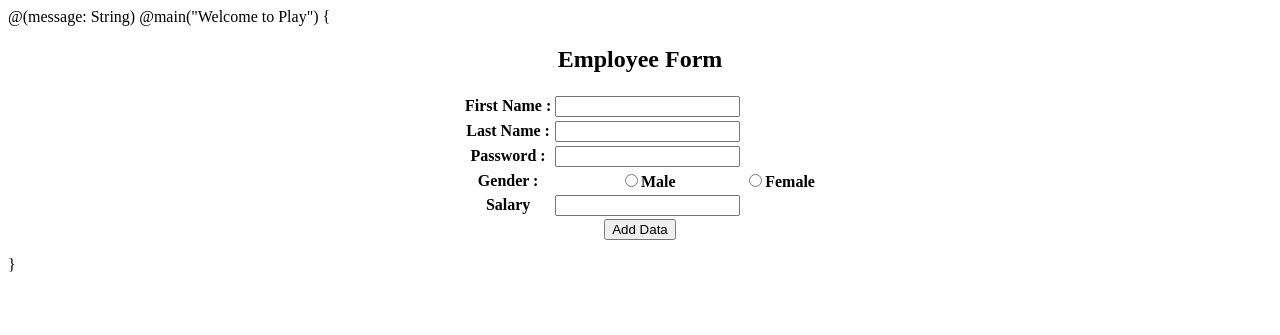
Repository: PoonamDeokar/SalesTool
Page: CrudDemo/app/views/index.scala.html
These files come from the project's save history. The page is drawn as it stood at one moment and after the next save; the edit follows.
The browser window is 1280 px wide. The pictures show the whole page.

Above is the page before, as saved 2016-09-16 05:48:48.

### CrudDemo/app/views/index.scala.html

@(message: String)

@main("Welcome to Play") {


  	<form action ="@routes.HomeController.addEmp()" method="post">

    	<center>
    	<h2>Employee Form </h2>
    	<table>
    	<tr>
    		<th>First Name :</th>
    		<th><input type="text" name="fname"></th>
    	</tr>
    	<tr>
    		<th>Last Name :</th>
    		<th><input type="text" name="lname"></th>
    	</tr>
    	<tr>
    		<th>Password :</th>
    		<th><input type="password" name="pass"></th>
    	</tr>
    	<tr>
    		<th>Gender :</th>
    		<th><input type="radio" name="gen" value="male">Male<br></th>
    		<th><input type="radio" name="gen" value="fmale">Female<br></th>
    	</tr>
    	<tr>
    		<th>Salary</th>
    		<th><input type="text" name="sal"></th>
    	</tr>

    	 </table>
    	 <input type="submit"  value="Add Data"/>
    	</center>
    </form>




}

After the next save:
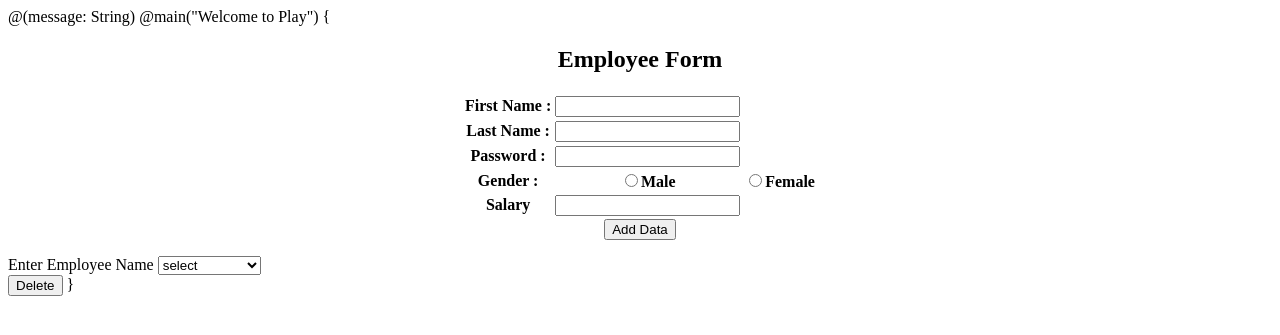
Saved 16 min 17 s later.
--- a/CrudDemo/app/views/index.scala.html
+++ b/CrudDemo/app/views/index.scala.html
@@ -36,6 +36,16 @@
     	</center>
     </form>
 
+    <from action="@routes.HomeController.deleteEmp()" method="get">
+    Enter Employee Name <select fname="fname">
+    <option value="0">select</option>
+    @for(emp<-Employee.find.all){
+    	<option value=@emp.fname>@emp.fname</option>
+    }
+    </select><br>
+    <input type="submit" value="Delete"/>
+
+    </from>
 
 
 
